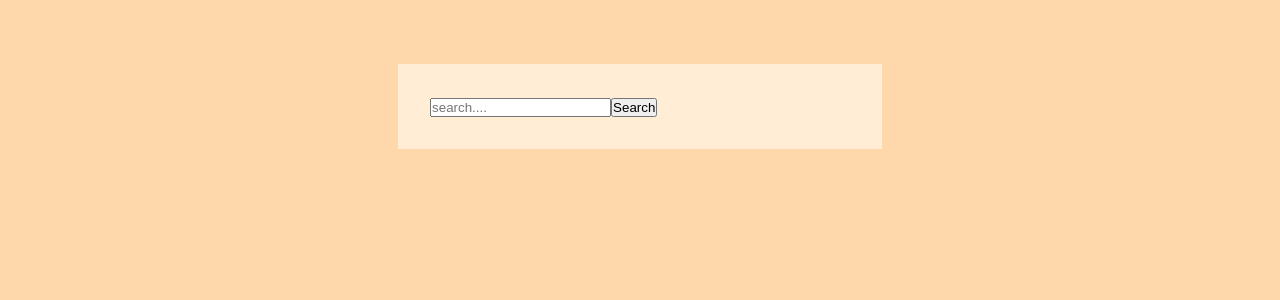
Repository: sandipkarmokar/recipeApp
Page: /
The author's editor kept a copy of each file at every save. The page is drawn from the files as they stood at one save, then again after the next save.
The browser window is 1280 px wide. The pictures show the whole page.
The project was rebuilt for these pictures with package versions that can differ from the ones it lists, and the page was loaded fresh each time.

Above is the page before, as saved 2022-04-15 16:44:50.

### src/App.js
import { useEffect, useStata, useState } from 'react';
import ListView from './components/listView';
import SearchBar from './components/searchBar';
import './App.css';

function App() {
    const [query, setQuery] = useState('');
    const [isLoading, setIsLoading] = useState(true);
    const [recipeIngredients, setRecipeIngredients] = useState([]);
    const [recipeList, setRecipeList] = useState([]);
    const [recipeId, setRecipeId] = useState();
    const [recipe, setRecipe] = useState([]);

    const url = `https://forkify-api.herokuapp.com/api/search?q=${query}`;
    const urlRecipe = `https://forkify-api.herokuapp.com/api/get?rId=${recipeId}`;

    const fetchData = async (e) => {
        e.preventDefault();
        try {
            const response = await fetch(url);
            const data = await response.json();
            setRecipeList(data.recipes);
            setIsLoading(false);
            setQuery('');
        } catch (error) {
            console.log(error);
        }
    };

    const fetchRecipe = async () => {
        try {
            const response = await fetch(urlRecipe);
            const data = await response.json();
            setRecipe(data);
            console.log(recipe, recipeId);
        } catch (error) {
            console.log(error);
        }
    };
    return (
        <div className="app">
            <div className="app-container">
                <SearchBar
                    query={query}
                    setQuery={setQuery}
                    fetchData={fetchData}
                ></SearchBar>
                <ListView
                    recipeList={recipeList}
                    setRecipeId={setRecipeId}
                    fetchRecipe={fetchRecipe}
                ></ListView>
            </div>
        </div>
    );
}

export default App;

### src/components/listView.js
import React from 'react';

const ListView = ({ recipeList, setRecipeId, fetchRecipe }) => {
    console.log(recipeList);
    const handleRecipe = (id) => {
        let numberId = parseInt(id);
        console.log(typeof numberId);
        setRecipeId(id);
        fetchRecipe();
    };

    return (
        <div className="recipeList">
            <div className="recipeList-container">
                {recipeList.map((el) => {
                    console.log(typeof el.recipe_id);
                    return (
                        <>
                            <p>{el.title}</p>
                            <img src={el.image_url} alt="" />
                            <p>{el.recipe_id}</p>
                            <p
                                onClick={() => {
                                    handleRecipe(el.recipe_id);
                                }}
                            >
                                Know More
                            </p>
                        </>
                    );
                })}
            </div>
        </div>
    );
};

export default ListView;

### src/components/searchBar.js
import React from 'react';

const SearchBar = ({ query, setQuery, fetchData }) => {
    return (
        <div className="searchBar">
            <div className="searchBar-container">
                {/* <div className="logo">FooD IT</div> */}
                <form onSubmit={fetchData} className="search">
                    <input
                        type="text"
                        placeholder="search...."
                        value={query}
                        onChange={(e) => setQuery(e.target.value)}
                    />
                    <button type="submit">Search</button>
                </form>
            </div>
        </div>
    );
};

export default SearchBar;

### src/App.css
* {
    margin: 0;
    padding: 0;
    box-sizing: border-box;
}

.app {
    height: 100vh;
    width: 100vw;
    background-color: #fed7aa;
    overflow: hidden;
    padding: 4rem;
}

.app .app-container {
    width: 70%;
    margin: 0 auto;
}
.app .app-container .searchBar {
    width: 60%;
    margin: 0 auto;
    background-color: #ffedd5;
}
.app .app-container .searchBar .searchBar-container {
    padding: 2rem;
    margin: 0 auto;
    background-color: #ffedd5;
}

Loaded but not shown: public/index.html (common file); src/index.js (common file); src/index.css (common file); src/reportWebVitals.js (common file)

After the next save:
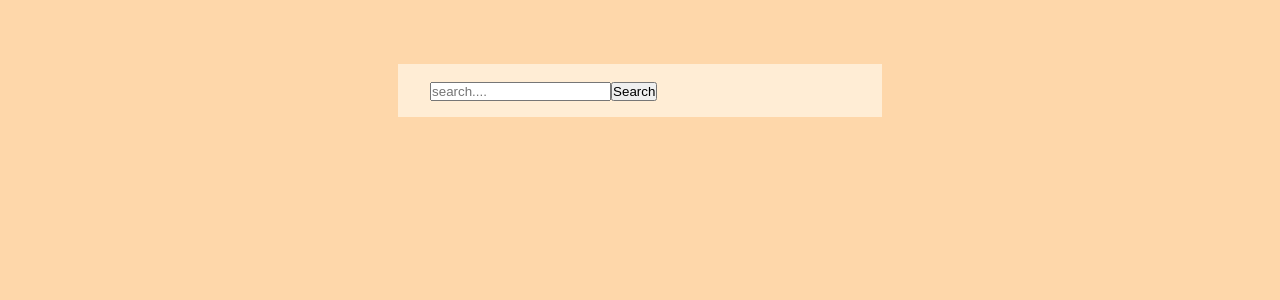
Saved 7 s later.
--- a/src/App.css
+++ b/src/App.css
@@ -22,7 +22,7 @@
     background-color: #ffedd5;
 }
 .app .app-container .searchBar .searchBar-container {
-    padding: 2rem;
+    padding: 1rem 2rem;
     margin: 0 auto;
     background-color: #ffedd5;
 }
